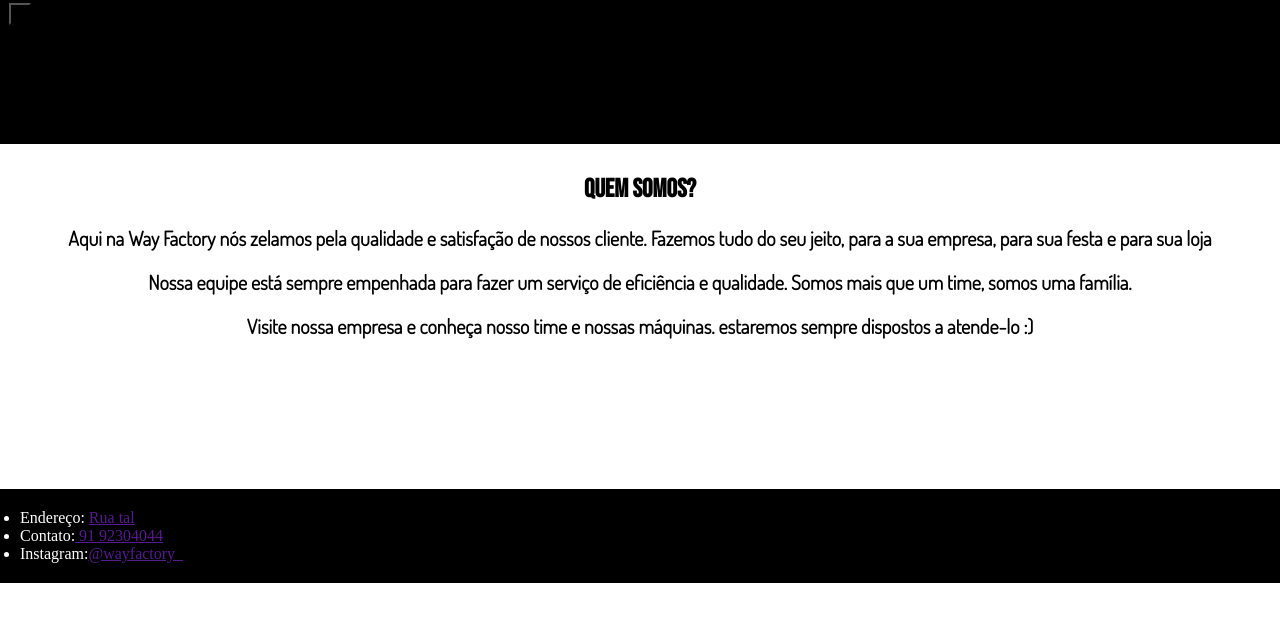
Repository: Leonngc/way-factory
Page: about.html
These files come from the project's save history. The page is drawn as it stood at one moment and after the next save; the edit follows.
The browser window is 1280 px wide. The pictures show the whole page.
Some icons come from a web library that is not loaded, so they are not drawn.

Above is the page before, as saved 2023-02-10 10:42:30.

After the next save:
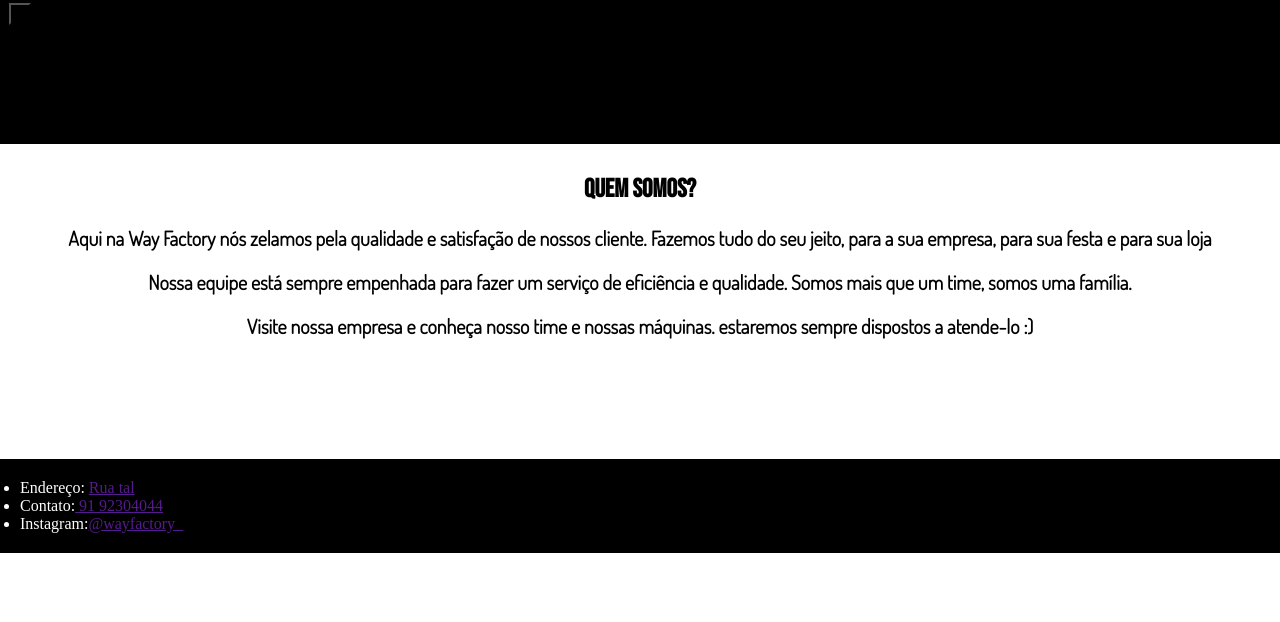
Saved 6 s later.
--- a/styles/about.css
+++ b/styles/about.css
@@ -80,6 +80,6 @@
 footer{
     background-color: black;
     color: white;
-    margin-top: 150px;
+    margin-top: 120px;
     padding: 20px;
 }
